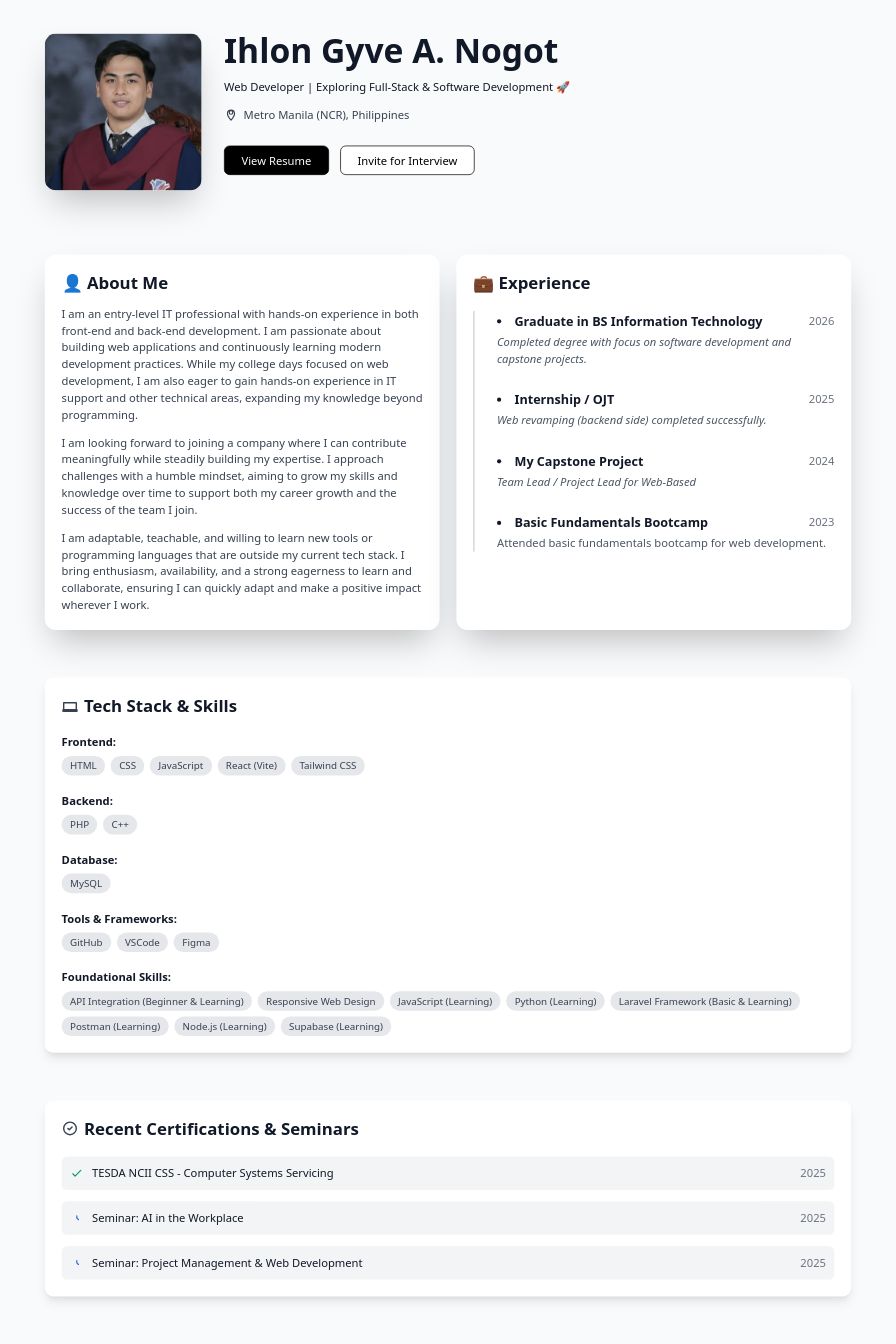
Repository: MeekSharkdev/cv-portfolio
Page: index.html
An editor plug-in stored every save of this project. The page is shown before and after the next save, followed by the edit.
The browser window is 1280 px wide. The pictures show the part of the page from y = 0 to 1920 px (the page is 2616 px tall), at 70% of full size.
A picture or video elsewhere on the page could not be fetched, so the positions and the page height are approximate.

Above is the page before, as saved 2026-01-31 20:34:09.
Not found: styles.css

After the next save:
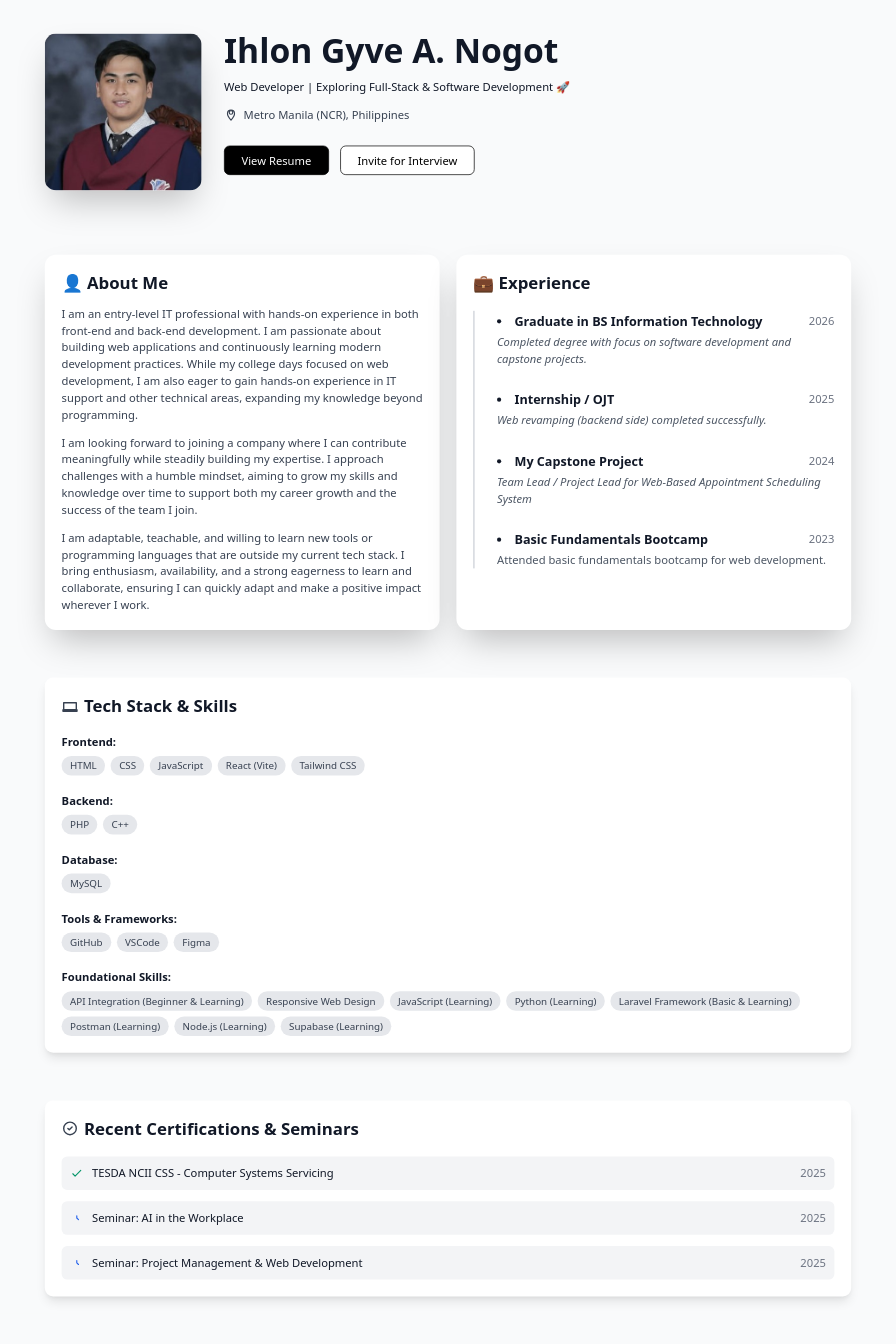
Saved 4 s later.
--- a/index.html
+++ b/index.html
@@ -133,7 +133,7 @@
                         <h3 class="text-lg font-bold"><li>My Capstone Project</li></h3>
                         <span class="text-gray-500">2024</span>
                     </div>
-                    <p class="text-gray-600 mt-1"><i>Team Lead / Project Lead for Web-Based </i></p>
+                    <p class="text-gray-600 mt-1"><i>Team Lead / Project Lead for Web-Based Appointment Scheduling System</i></p>
                 </div>
 
                 <!-- Bootcamp -->
